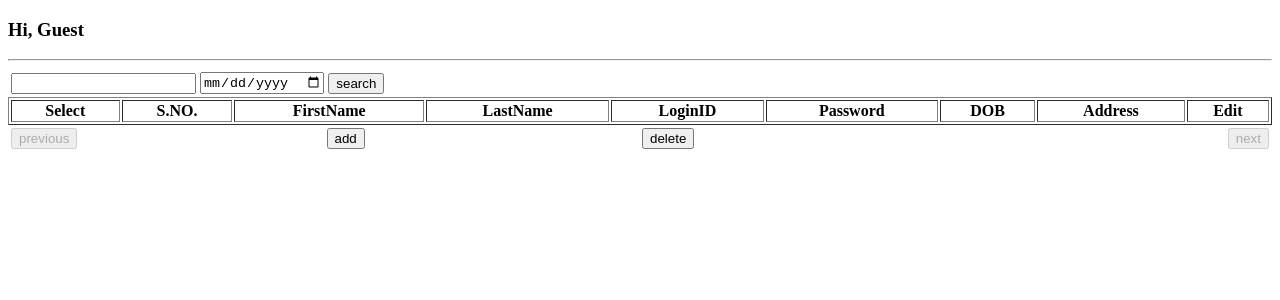
Repository: rish1208/Advance_java
Page: http://localhost/Advance-java-project/UserListCtl
The author's editor kept a copy of each file at every save. The page is drawn from the files as they stood at one save, then again after the next save.
The browser window is 1280 px wide. The pictures show the whole page.
The page is served by Tomcat 9. Other server files are loaded and not shown. Queries for data that is not in the repository find no rows.

Above is the page before, as saved 2024-04-07 10:08:28.

### Advance java Workspace/Advance-java-project/WebContent/UserListView.jsp
<%@page import="in.co.rays.bean.UserBean"%>
<%@page import="java.util.Iterator"%>
<%@page import="java.util.List"%>
<%@ page language="java" contentType="text/html; charset=ISO-8859-1"
	pageEncoding="ISO-8859-1"%>
<!DOCTYPE html>
<html>
<head>
<meta charset="ISO-8859-1">
<title>Insert title here</title>
</head>
<body>
	<%
		int pageNo = (int) request.getAttribute("pageNo");
		int index = ((pageNo - 1) * 5) + 1;

		List nextList = (List) request.getAttribute("nextList");

		List list = (List) request.getAttribute("list");
		Iterator it = list.iterator();
	%>
	<%@include file="Header.jsp"%>
	<form action="UserListCtl" method="post">

		<table>
			<tr>
				<td><input type="text" name="firstName"></td>
				<td><input type="date" name="dob"></td>
				<td><input type="submit" name="operation" value="search"></td>
			</tr>
		</table>
		<table border="1%" style="width: 100%">
			<tr>
				<th>Select</th>
				<th>S.NO.</th>
				<th>FirstName</th>
				<th>LastName</th>
				<th>LoginID</th>
				<th>Password</th>
				<th>DOB</th>
				<th>Address</th>
				<th>Edit</th>
			</tr>
			<%
				while (it.hasNext()) {

					UserBean bean = (UserBean) it.next();
			%>
			<tr>
				<td align="center"><input type="checkbox" name="ids"
					value="<%=bean.getId()%>"></td>
				<td align="center"><%=index++%></td>
				<td align="center"><%=bean.getFirstName()%></td>
				<td align="center"><%=bean.getLastName()%></td>
				<td align="center"><%=bean.getLoginId()%></td>
				<td align="center"><%=bean.getPassword()%></td>
				<td align="center"><%=bean.getDob()%></td>
				<td align="center"><%=bean.getAddress()%></td>
				<td align="center"><a href="UserCtl?id=<%=bean.getId()%>">edit</a></td>
			</tr>
			<%
				}
			%>
		</table>
		<table style="width: 100%">
			<tr>
				<td style="width: 25%"><input type="submit" name="operation"
					value="previous" <%=(pageNo != 1) ? "" : "disabled"%>></td>
				<td style="width: 25%"><input type="submit" name="operation"
					value="add"></td>
				<td style="width: 25%"><input type="submit" name="operation"
					value="delete"></td>
				<td style="text-align: right;"><input type="submit" name="operation"
					value="next" <%=(nextList.size() != 0) ? "" : "disabled"%>></td>
			</tr>
		</table>
		<input type="hidden" name="pageNo" value="<%=pageNo%>">
	</form>

</body>
</html>

### Advance java Workspace/Advance-java-project/WebContent/Header.jsp
<%@page import="in.co.rays.bean.UserBean"%>
<%@ page language="java" contentType="text/html; charset=ISO-8859-1"
	pageEncoding="ISO-8859-1"%>
<!DOCTYPE html>
<html>
<head>
<meta charset="ISO-8859-1">
<title>Insert title here</title>
</head>
<body>
	<%
		UserBean user = (UserBean) session.getAttribute("user");
	%>
	<%
		if (user != null) {
	%>
	<h3>
		Hi,
		<%=user.getFirstName()%></h3>
	<a href="UserCtl">Add User</a> |
	<a href="UserListCtl">User List</a> |
	<a href="LoginCtl?operation=logout">Logout</a>
	<%
		} else {
	%>
	<h3>Hi, Guest</h3>
	<%
		}
	%>
	<hr>
</body>
</html>

### Advance java Workspace/Advance-java-project/src/in/co/rays/ctl/UserListCtl.java

package in.co.rays.ctl;

import java.io.IOException;
import java.text.ParseException;
import java.text.SimpleDateFormat;
import java.util.List;

import javax.servlet.RequestDispatcher;
import javax.servlet.ServletException;
import javax.servlet.annotation.WebServlet;
import javax.servlet.http.HttpServlet;
import javax.servlet.http.HttpServletRequest;
import javax.servlet.http.HttpServletResponse;

import in.co.rays.bean.UserBean;
import in.co.rays.model.UserModel;

@WebServlet("/UserListCtl")
public class UserListCtl extends HttpServlet {

	@Override
	protected void doGet(HttpServletRequest req, HttpServletResponse resp) throws ServletException, IOException {

		int pageNo = 1;
		int pageSize = 5;

		UserModel model = new UserModel();

		try {
			List list = model.search(null, pageNo, pageSize);
			List nextList = model.search(null, pageNo + 1, pageSize);
			req.setAttribute("list", list);
			req.setAttribute("nextList", nextList);
			req.setAttribute("pageNo", pageNo);
			RequestDispatcher rd = req.getRequestDispatcher("UserListView.jsp");
			rd.forward(req, resp);
		} catch (Exception e) {
			e.printStackTrace();
		}

	}

	@Override
	protected void doPost(HttpServletRequest req, HttpServletResponse resp) throws ServletException, IOException {
SimpleDateFormat sdf = new SimpleDateFormat("yyyy-MM-dd");
		UserBean bean = null;
		int pageNo = Integer.parseInt(req.getParameter("pageNo"));
		int pageSize = 5;

		UserModel model = new UserModel();

		String firstName = req.getParameter("firstName");
		String dob = req.getParameter("dob");
		String op = req.getParameter("operation");

		if (op.equals("search")) {
			bean = new UserBean();
			bean.setFirstName(firstName);
			pageNo = 1;
		}
		if (op.equals("search")) {
			bean = new UserBean();
			try {
				bean.setDob(sdf.parse(dob));
			} catch (ParseException e) {

				e.printStackTrace();
			}
			pageNo = 1;
		}
		if (op.equals("add")) {
			resp.sendRedirect("UserCtl");
		}

		if (op.equals("next")) {
			pageNo++;
		}

		if (op.equals("previous")) {
			pageNo--;
		}

		if (op.equals("delete")) {
			pageNo = 1;
			String[] ids = req.getParameterValues("ids");
			for (String id : ids) {
				try {
					model.delete(Integer.parseInt(id));
				} catch (Exception e) {
					e.printStackTrace();
				}
			}

		}

		try {
			List list = model.search(bean, pageNo, pageSize);
			List nextList = model.search(bean, pageNo + 1, pageSize);
			req.setAttribute("list", list);
			req.setAttribute("nextList", nextList);
			req.setAttribute("pageNo", pageNo);
			RequestDispatcher rd = req.getRequestDispatcher("UserListView.jsp");
			rd.forward(req, resp);
		} catch (Exception e) {
			e.printStackTrace();
		}

	}

	}

### Advance java Workspace/Advance-java-project/src/in/co/rays/model/UserModel.java
package in.co.rays.model;

import java.sql.Connection;
import java.sql.DriverManager;
import java.sql.PreparedStatement;
import java.sql.ResultSet;
import java.util.ArrayList;
import java.util.List;

import in.co.rays.bean.UserBean;

public class UserModel {

	public Integer nextPk() throws Exception {

		int pk = 0;

		Class.forName("com.mysql.cj.jdbc.Driver");

		Connection conn = DriverManager.getConnection("jdbc:mysql://localhost:3306/advance_practicals", "root", "root");

		PreparedStatement ps = conn.prepareStatement("select max(id) from user");

		ResultSet rs = ps.executeQuery();

		while (rs.next()) {

			pk = rs.getInt(1);

		}
		return pk + 1;
	}

	public void add(UserBean bean) throws Exception {

		int pk = nextPk();

		Class.forName("com.mysql.cj.jdbc.Driver");

		Connection conn = DriverManager.getConnection("jdbc:mysql://localhost:3306/advance_practicals", "root", "root");

		PreparedStatement ps = conn.prepareStatement("insert into user values(?, ?, ?, ?, ?, ?, ?)");

		ps.setInt(1, pk);
		ps.setString(2, bean.getFirstName());
		ps.setString(3, bean.getLastName());
		ps.setString(4, bean.getLoginId());
		ps.setString(5, bean.getPassword());
		ps.setDate(6, new java.sql.Date(bean.getDob().getTime()));
		ps.setString(7, bean.getAddress());

		int i = ps.executeUpdate();

		System.out.println("data inserted = " + i);

	}

	public void update(UserBean bean) throws Exception {

		Class.forName("com.mysql.cj.jdbc.Driver");

		Connection conn = DriverManager.getConnection("jdbc:mysql://localhost:3306/advance_practicals", "root", "root");

		PreparedStatement ps = conn.prepareStatement(
				"update user set first_name = ?, last_name = ?, login_id = ?, password = ?, dob = ?, address = ? where id = ?");

		ps.setString(1, bean.getFirstName());
		ps.setString(2, bean.getLastName());
		ps.setString(3, bean.getLoginId());
		ps.setString(4, bean.getPassword());
		ps.setDate(5, new java.sql.Date(bean.getDob().getTime()));
		ps.setString(6, bean.getAddress());
		ps.setInt(7, bean.getId());

		int i = ps.executeUpdate();

		System.out.println("data updated = " + i);

	}

	public void delete(int id) throws Exception {

		int pk = nextPk();

		Class.forName("com.mysql.cj.jdbc.Driver");

		Connection conn = DriverManager.getConnection("jdbc:mysql://localhost:3306/advance_practicals", "root", "root");

		PreparedStatement ps = conn.prepareStatement("delete from user where id = ?");

		ps.setInt(1, id);

		int i = ps.executeUpdate();

		System.out.println("data deleted = " + i);

	}

	public UserBean authenticate(String loginId, String password) throws Exception {

		int pk = nextPk();

		Class.forName("com.mysql.cj.jdbc.Driver");

		Connection conn = DriverManager.getConnection("jdbc:mysql://localhost:3306/advance_practicals", "root", "root");

		PreparedStatement ps = conn.prepareStatement("select * from user where login_id = ? and password = ?");

		ps.setString(1, loginId);
		ps.setString(2, password);

		ResultSet rs = ps.executeQuery();

		UserBean bean = null;

		while (rs.next()) {
			bean = new UserBean();
			bean.setId(rs.getInt(1));
			bean.setFirstName(rs.getString(2));
			bean.setLastName(rs.getString(3));
			bean.setLoginId(rs.getString(4));
			bean.setPassword(rs.getString(5));
			bean.setDob(rs.getDate(6));
			bean.setAddress(rs.getString(7));
		}
		return bean;
	}

	public UserBean findByPk(int id) throws Exception {

		int pk = nextPk();

		Class.forName("com.mysql.cj.jdbc.Driver");

		Connection conn = DriverManager.getConnection("jdbc:mysql://localhost:3306/advance_practicals", "root", "root");

		PreparedStatement ps = conn.prepareStatement("select * from user where id = ?");

		ps.setInt(1, id);

		ResultSet rs = ps.executeQuery();

		UserBean bean = null;

		while (rs.next()) {
			bean = new UserBean();
			bean.setId(rs.getInt(1));
			bean.setFirstName(rs.getString(2));
			bean.setLastName(rs.getString(3));
			bean.setLoginId(rs.getString(4));
			bean.setPassword(rs.getString(5));
			bean.setDob(rs.getDate(6));
			bean.setAddress(rs.getString(7));
		}
		return bean;
	}

	public List search() throws Exception {

		int pk = nextPk();

		Class.forName("com.mysql.cj.jdbc.Driver");

		Connection conn = DriverManager.getConnection("jdbc:mysql://localhost:3306/advance_practicals", "root", "root");

		PreparedStatement ps = conn.prepareStatement("select * from user");

		ResultSet rs = ps.executeQuery();

		List list = new ArrayList();

		while (rs.next()) {
			UserBean bean = new UserBean();
			bean.setId(rs.getInt(1));
			bean.setFirstName(rs.getString(2));
			bean.setLastName(rs.getString(3));
			bean.setLoginId(rs.getString(4));
			bean.setPassword(rs.getString(5));
			bean.setDob(rs.getDate(6));
			bean.setAddress(rs.getString(7));
			list.add(bean);
		}
		return list;
	}

	public List search(UserBean bean, int pageNo, int pageSize) throws Exception {

		int pk = nextPk();

		Class.forName("com.mysql.cj.jdbc.Driver");

		Connection conn = DriverManager.getConnection("jdbc:mysql://localhost:3306/advance_practicals", "root", "root");

		StringBuffer sql = new StringBuffer("select * from user where 1=1");

		if (bean != null) {

			if (bean.getFirstName() != null && bean.getFirstName().length() > 0) {
				sql.append(" and first_name like '" + bean.getFirstName() + "%'");
			}

			if (bean.getDob() != null && bean.getDob().getTime() > 0) {
				sql.append(" and dob like '" + new java.sql.Date(bean.getDob().getTime()) + "%'");
			}

		}

		if (pageSize > 0) {

			pageNo = (pageNo - 1) * pageSize;

			sql.append(" limit " + pageNo + ", " + pageSize);
		}

		System.out.println("sql => " + sql);

		PreparedStatement ps = conn.prepareStatement(sql.toString());

		ResultSet rs = ps.executeQuery();

		List list = new ArrayList();

		while (rs.next()) {
			bean = new UserBean();
			bean.setId(rs.getInt(1));
			bean.setFirstName(rs.getString(2));
			bean.setLastName(rs.getString(3));
			bean.setLoginId(rs.getString(4));
			bean.setPassword(rs.getString(5));
			bean.setDob(rs.getDate(6));
			bean.setAddress(rs.getString(7));
			list.add(bean);
		}
		return list;
	}

}

After the next save:
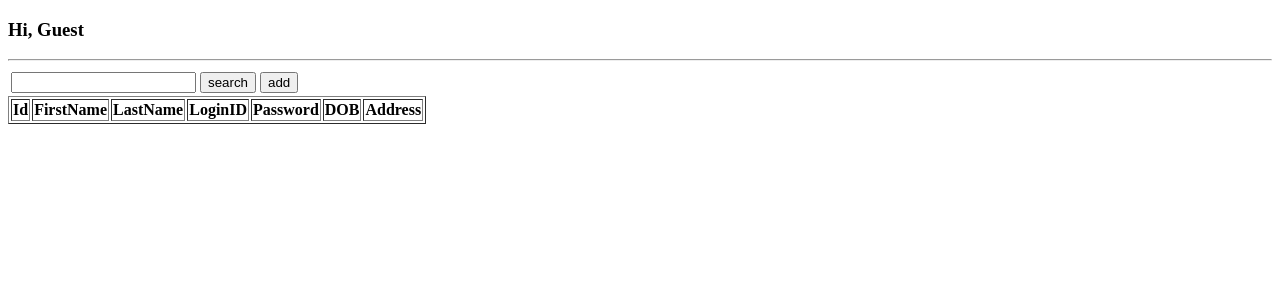
Saved 18 min 38 s later.
--- a/Advance java Workspace/Advance-java-project/WebContent/UserListView.jsp
+++ b/Advance java Workspace/Advance-java-project/WebContent/UserListView.jsp
@@ -1,4 +1,3 @@
-<%@page import="in.co.rays.bean.UserBean"%>
 <%@page import="java.util.Iterator"%>
 <%@page import="java.util.List"%>
 <%@ page language="java" contentType="text/html; charset=ISO-8859-1"
@@ -11,11 +10,6 @@
 </head>
 <body>
 	<%
-		int pageNo = (int) request.getAttribute("pageNo");
-		int index = ((pageNo - 1) * 5) + 1;
-
-		List nextList = (List) request.getAttribute("nextList");
-
 		List list = (List) request.getAttribute("list");
 		Iterator it = list.iterator();
 	%>
@@ -25,21 +19,19 @@
 		<table>
 			<tr>
 				<td><input type="text" name="firstName"></td>
-				<td><input type="date" name="dob"></td>
 				<td><input type="submit" name="operation" value="search"></td>
+				<td><input type="submit" name="operation" value="add"></td>
 			</tr>
 		</table>
-		<table border="1%" style="width: 100%">
+		<table border="1%">
 			<tr>
-				<th>Select</th>
-				<th>S.NO.</th>
+				<th>Id</th>
 				<th>FirstName</th>
 				<th>LastName</th>
 				<th>LoginID</th>
 				<th>Password</th>
 				<th>DOB</th>
 				<th>Address</th>
-				<th>Edit</th>
 			</tr>
 			<%
 				while (it.hasNext()) {
@@ -47,34 +39,20 @@
 					UserBean bean = (UserBean) it.next();
 			%>
 			<tr>
-				<td align="center"><input type="checkbox" name="ids"
-					value="<%=bean.getId()%>"></td>
-				<td align="center"><%=index++%></td>
-				<td align="center"><%=bean.getFirstName()%></td>
-				<td align="center"><%=bean.getLastName()%></td>
-				<td align="center"><%=bean.getLoginId()%></td>
-				<td align="center"><%=bean.getPassword()%></td>
-				<td align="center"><%=bean.getDob()%></td>
-				<td align="center"><%=bean.getAddress()%></td>
-				<td align="center"><a href="UserCtl?id=<%=bean.getId()%>">edit</a></td>
+				<td><%=bean.getId()%></td>
+				<td><%=bean.getFirstName()%></td>
+				<td><%=bean.getLastName()%></td>
+				<td><%=bean.getLoginId()%></td>
+				<td><%=bean.getPassword()%></td>
+				<td><%=bean.getDob()%></td>
+				<td><%=bean.getAddress()%></td>
 			</tr>
 			<%
 				}
 			%>
+
 		</table>
-		<table style="width: 100%">
-			<tr>
-				<td style="width: 25%"><input type="submit" name="operation"
-					value="previous" <%=(pageNo != 1) ? "" : "disabled"%>></td>
-				<td style="width: 25%"><input type="submit" name="operation"
-					value="add"></td>
-				<td style="width: 25%"><input type="submit" name="operation"
-					value="delete"></td>
-				<td style="text-align: right;"><input type="submit" name="operation"
-					value="next" <%=(nextList.size() != 0) ? "" : "disabled"%>></td>
-			</tr>
-		</table>
-		<input type="hidden" name="pageNo" value="<%=pageNo%>">
+
 	</form>
 
 </body>
